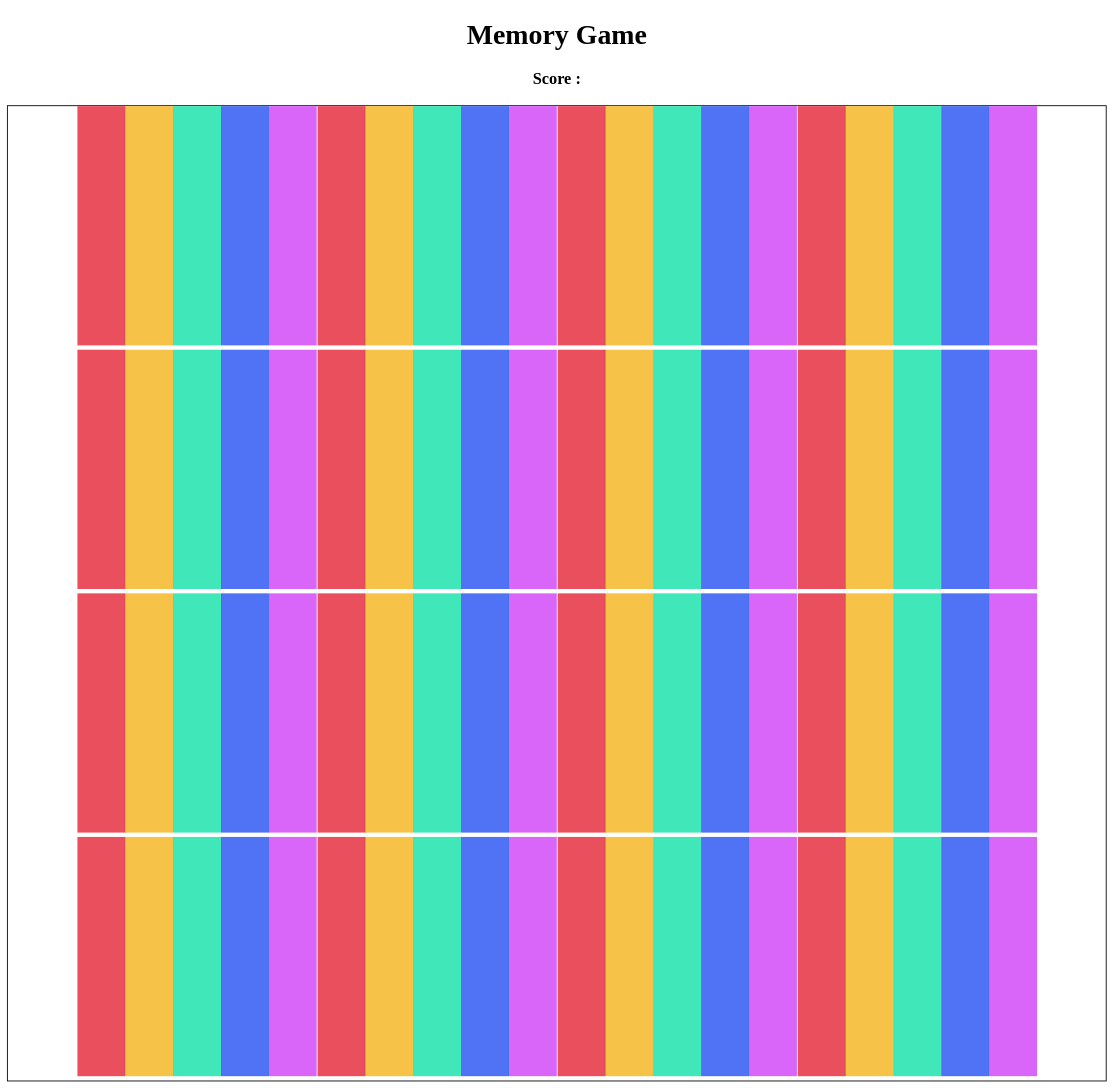
Repository: divyaravada/javascript-games
Page: memory-game/memorygame.html
The author's editor kept a copy of each file at every save. The page is drawn from the files as they stood at one save, then again after the next save.
The browser window is 1280 px wide. The pictures show the whole page, at 87% of full size.

Above is the page before, as saved 2022-03-15 16:47:56.

After the next save:
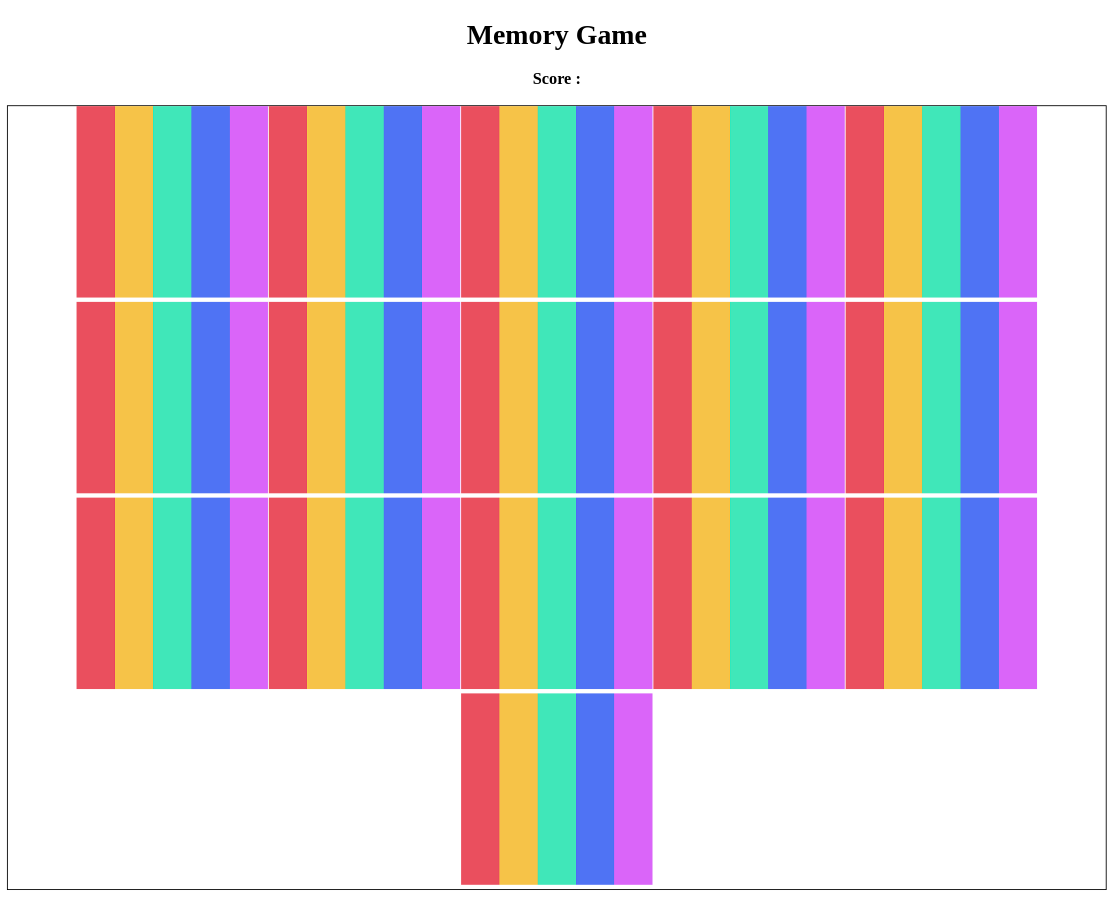
Saved 15 s later.
--- a/memory-game/memorystyle.css
+++ b/memory-game/memorystyle.css
@@ -10,7 +10,7 @@
   border: 1px solid black;
 }
 #grid img {
-  width: 275px;
-  height: 275px;
+  width: 220px;
+  height: 220px;
   padding: 0.5px;
 }
